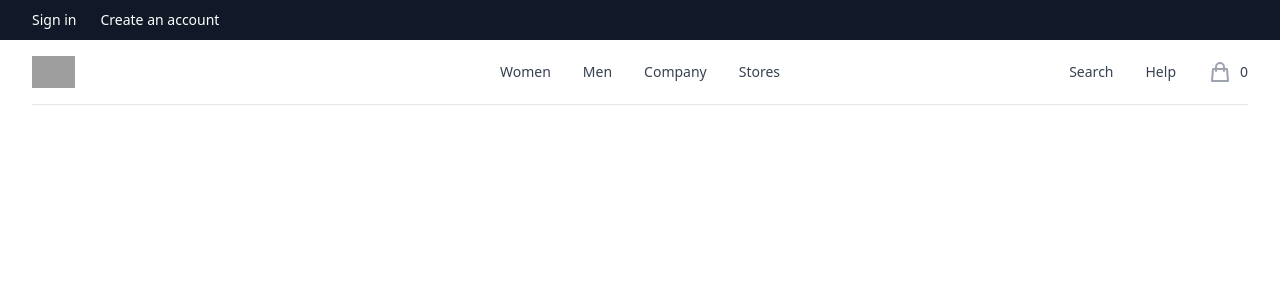
Repository: thasquirrie/animal-farm
Page: /
The author's editor kept a copy of each file at every save. The page is drawn from the files as they stood at one save, then again after the next save.
The browser window is 1280 px wide. The pictures show the whole page.
Pictures or frames that could not be fetched are drawn as grey boxes. The project was rebuilt for these pictures with package versions that can differ from the ones it lists, and the page was loaded fresh each time. The framework's server and built-in components were replaced by stand-ins that run in the browser. Also part of the build but not shown: next.config.js, styles/Home.module.css.

Above is the page before, as saved 2021-10-01 01:20:19.

### pages/_app.js
import '../styles/globals.css';

function MyApp({ Component, pageProps }) {
  console.log({ Component, pageProps });
  return <Component {...pageProps} />;
}

export default MyApp;

### pages/index.js
import Head from 'next/head';
import Image from 'next/image';
import styles from '../styles/Home.module.css';
import Header from '../components/Header';

export default function Home() {
  return <Header />;
}

### components/Header.jsx
/*
  This example requires Tailwind CSS v2.0+

  This example requires some changes to your config:

  ```
  // tailwind.config.js
  module.exports = {
    // ...
    plugins: [
      // ...
      require('@tailwindcss/forms'),
      require('@tailwindcss/aspect-ratio'),
    ],
  }
  ```
*/
import { Fragment, useState } from 'react';
import { Dialog, Popover, Tab, Transition } from '@headlessui/react';
import {
  MenuIcon,
  QuestionMarkCircleIcon,
  SearchIcon,
  ShoppingBagIcon,
  XIcon,
} from '@heroicons/react/outline';
import Image from 'next/image';

const currencies = ['CAD', 'USD', 'AUD', 'EUR', 'GBP'];
const navigation = {
  categories: [
    {
      name: 'Women',
      featured: [
        {
          name: 'New Arrivals',
          href: '#',
          imageSrc:
            'https://tailwindui.com/img/ecommerce-images/mega-menu-category-01.jpg',
          imageAlt:
            'Models sitting back to back, wearing Basic Tee in black and bone.',
        },
        {
          name: 'Basic Tees',
          href: '#',
          imageSrc:
            'https://tailwindui.com/img/ecommerce-images/mega-menu-category-02.jpg',
          imageAlt:
            'Close up of Basic Tee fall bundle with off-white, ochre, olive, and black tees.',
        },
        {
          name: 'Accessories',
          href: '#',
          imageSrc:
            'https://tailwindui.com/img/ecommerce-images/mega-menu-category-03.jpg',
          imageAlt:
            'Model wearing minimalist watch with black wristband and white watch face.',
        },
        {
          name: 'Carry',
          href: '#',
          imageSrc:
            'https://tailwindui.com/img/ecommerce-images/mega-menu-category-04.jpg',
          imageAlt:
            'Model opening tan leather long wallet with credit card pockets and cash pouch.',
        },
      ],
    },
    {
      name: 'Men',
      featured: [
        {
          name: 'New Arrivals',
          href: '#',
          imageSrc:
            'https://tailwindui.com/img/ecommerce-images/mega-menu-01-men-category-01.jpg',
          imageAlt:
            'Hats and sweaters on wood shelves next to various colors of t-shirts on hangers.',
        },
        {
          name: 'Basic Tees',
          href: '#',
          imageSrc:
            'https://tailwindui.com/img/ecommerce-images/mega-menu-01-men-category-02.jpg',
          imageAlt: 'Model wearing light heather gray t-shirt.',
        },
        {
          name: 'Accessories',
          href: '#',
          imageSrc:
            'https://tailwindui.com/img/ecommerce-images/mega-menu-01-men-category-03.jpg',
          imageAlt:
            'Grey 6-panel baseball hat with black brim, black mountain graphic on front, and light heather gray body.',
        },
        {
          name: 'Carry',
          href: '#',
          imageSrc:
            'https://tailwindui.com/img/ecommerce-images/mega-menu-01-men-category-04.jpg',
          imageAlt:
            'Model putting folded cash into slim card holder olive leather wallet with hand stitching.',
        },
      ],
    },
  ],
  pages: [
    { name: 'Company', href: '#' },
    { name: 'Stores', href: '#' },
  ],
};

function classNames(...classes) {
  return classes.filter(Boolean).join(' ');
}

export default function Example() {
  const [open, setOpen] = useState(false);

  return (
    <div className='bg-white'>
      {/* Mobile menu */}
      <Transition.Root show={open} as={Fragment}>
        <Dialog
          as='div'
          className='fixed inset-0 flex z-40 lg:hidden'
          onClose={setOpen}
        >
          <Transition.Child
            as={Fragment}
            enter='transition-opacity ease-linear duration-300'
            enterFrom='opacity-0'
            enterTo='opacity-100'
            leave='transition-opacity ease-linear duration-300'
            leaveFrom='opacity-100'
            leaveTo='opacity-0'
          >
            <Dialog.Overlay className='fixed inset-0 bg-black bg-opacity-25' />
          </Transition.Child>

          <Transition.Child
            as={Fragment}
            enter='transition ease-in-out duration-300 transform'
            enterFrom='-translate-x-full'
            enterTo='translate-x-0'
            leave='transition ease-in-out duration-300 transform'
            leaveFrom='translate-x-0'
            leaveTo='-translate-x-full'
          >
            <div className='relative max-w-xs w-full bg-white shadow-xl pb-12 flex flex-col overflow-y-auto'>
              <div className='px-4 pt-5 pb-2 flex'>
                <button
                  type='button'
                  className='-m-2 p-2 rounded-md inline-flex items-center justify-center text-gray-400'
                  onClick={() => setOpen(false)}
                >
                  <span className='sr-only'>Close menu</span>
                  <XIcon className='h-6 w-6' aria-hidden='true' />
                </button>
              </div>

              {/* Links */}
              <Tab.Group as='div' className='mt-2'>
                <div className='border-b border-gray-200'>
                  <Tab.List className='-mb-px flex px-4 space-x-8'>
                    {navigation.categories.map((category) => (
                      <Tab
                        key={category.name}
                        className={({ selected }) =>
                          classNames(
                            selected
                              ? 'text-indigo-600 border-indigo-600'
                              : 'text-gray-900 border-transparent',
                            'flex-1 whitespace-nowrap py-4 px-1 border-b-2 text-base font-medium'
                          )
                        }
                      >
                        {category.name}
                      </Tab>
                    ))}
                  </Tab.List>
                </div>
                <Tab.Panels as={Fragment}>
                  {navigation.categories.map((category) => (
                    <Tab.Panel
                      key={category.name}
                      className='px-4 py-6 space-y-12'
                    >
                      <div className='grid grid-cols-2 gap-x-4 gap-y-10'>
                        {category.featured.map((item) => (
                          <div key={item.name} className='group relative'>
                            <div className='aspect-w-1 aspect-h-1 rounded-md bg-gray-100 overflow-hidden group-hover:opacity-75'>
                              <Image
                                src={item.imageSrc}
                                alt={item.imageAlt}
                                className='object-center object-cover'
                              />
                            </div>
                            <a
                              href={item.href}
                              className='mt-6 block text-sm font-medium text-gray-900'
                            >
                              <span
                                className='absolute z-10 inset-0'
                                aria-hidden='true'
                              />
                              {item.name}
                            </a>
                            <p
                              aria-hidden='true'
                              className='mt-1 text-sm text-gray-500'
                            >
                              Shop now
                            </p>
                          </div>
                        ))}
                      </div>
                    </Tab.Panel>
                  ))}
                </Tab.Panels>
              </Tab.Group>

              <div className='border-t border-gray-200 py-6 px-4 space-y-6'>
                {navigation.pages.map((page) => (
                  <div key={page.name} className='flow-root'>
                    <a
                      href={page.href}
                      className='-m-2 p-2 block font-medium text-gray-900'
                    >
                      {page.name}
                    </a>
                  </div>
                ))}
              </div>

              <div className='border-t border-gray-200 py-6 px-4 space-y-6'>
                <div className='flow-root'>
                  <a
                    href='#'
                    className='-m-2 p-2 block font-medium text-gray-900'
                  >
                    Create an account
                  </a>
                </div>
                <div className='flow-root'>
                  <a
                    href='#'
                    className='-m-2 p-2 block font-medium text-gray-900'
                  >
                    Sign in
                  </a>
                </div>
              </div>

              <div className='border-t border-gray-200 py-6 px-4 space-y-6'>
                {/* Currency selector */}
                {/* <form>
                  <div className='inline-block'>
                    <label htmlFor='mobile-currency' className='sr-only'>
                      Currency
                    </label>
                    <div className='-ml-2 group relative border-transparent rounded-md focus-within:ring-2 focus-within:ring-white'>
                      <select
                        id='mobile-currency'
                        name='currency'
                        className='bg-none border-transparent rounded-md py-0.5 pl-2 pr-5 flex items-center text-sm font-medium text-gray-700 group-hover:text-gray-800 focus:outline-none focus:ring-0 focus:border-transparent'
                      >
                        {currencies.map((currency) => (
                          <option key={currency}>{currency}</option>
                        ))}
                      </select>
                      <div className='absolute right-0 inset-y-0 flex items-center pointer-events-none'>
                        <svg
                          aria-hidden='true'
                          xmlns='http://www.w3.org/2000/svg'
                          fill='none'
                          viewBox='0 0 20 20'
                          className='w-5 h-5 text-gray-500'
                        >
                          <path
                            stroke='currentColor'
                            strokeLinecap='round'
                            strokeLinejoin='round'
                            strokeWidth='1.5'
                            d='M6 8l4 4 4-4'
                          />
                        </svg>
                      </div>
                    </div>
                  </div>
                </form> */}
              </div>
            </div>
          </Transition.Child>
        </Dialog>
      </Transition.Root>

      <header className='relative'>
        <nav aria-label='Top'>
          {/* Top navigation */}
          <div className='bg-gray-900'>
            <div className='max-w-7xl mx-auto h-10 px-4 flex items-center justify-between sm:px-6 lg:px-8'>
              {/* Currency selector */}
              {/* <form>
                <div>
                  <label htmlFor='desktop-currency' className='sr-only'>
                    Currency
                  </label>
                  <div className='-ml-2 group relative bg-gray-900 border-transparent rounded-md focus-within:ring-2 focus-within:ring-white'>
                    <select
                      id='desktop-currency'
                      name='currency'
                      className='bg-none bg-gray-900 border-transparent rounded-md py-0.5 pl-2 pr-5 flex items-center text-sm font-medium text-white group-hover:text-gray-100 focus:outline-none focus:ring-0 focus:border-transparent'
                    >
                      {currencies.map((currency) => (
                        <option key={currency}>{currency}</option>
                      ))}
                    </select>
                    <div className='absolute right-0 inset-y-0 flex items-center pointer-events-none'>
                      <svg
                        aria-hidden='true'
                        xmlns='http://www.w3.org/2000/svg'
                        fill='none'
                        viewBox='0 0 20 20'
                        className='w-5 h-5 text-gray-300'
                      >
                        <path
                          stroke='currentColor'
                          strokeLinecap='round'
                          strokeLinejoin='round'
                          strokeWidth='1.5'
                          d='M6 8l4 4 4-4'
                        />
                      </svg>
                    </div>
                  </div>
                </div>
              </form> */}

              <div className='flex items-center space-x-6'>
                <a
                  href='#'
                  className='text-sm font-medium text-white hover:text-gray-100'
                >
                  Sign in
                </a>
                <a
                  href='#'
                  className='text-sm font-medium text-white hover:text-gray-100'
                >
                  Create an account
                </a>
              </div>
            </div>
          </div>

          {/* Secondary navigation */}
          <div className='bg-white'>
            <div className='max-w-7xl mx-auto px-4 sm:px-6 lg:px-8'>
              <div className='border-b border-gray-200'>
                <div className='h-16 flex items-center justify-between'>
                  {/* Logo (lg+) */}
                  <div className='hidden lg:flex-1 lg:flex lg:items-center'>
                    <a href='#'>
                      <span className='sr-only'>Workflow</span>
                      <img
                        className='h-8 w-auto'
                        src='https://tailwindui.com/img/logos/workflow-mark.svg?color=indigo&shade=600'
                        alt=''
                      />
                    </a>
                  </div>

                  <div className='hidden h-full lg:flex'>
                    {/* Flyout menus */}
                    <Popover.Group className='px-4 bottom-0 inset-x-0'>
                      <div className='h-full flex justify-center space-x-8'>
                        {navigation.categories.map((category) => (
                          <Popover key={category.name} className='flex'>
                            {({ open }) => (
                              <>
                                <div className='relative flex'>
                                  <Popover.Button
                                    className={classNames(
                                      open
                                        ? 'border-indigo-600 text-indigo-600'
                                        : 'border-transparent text-gray-700 hover:text-gray-800',
                                      'relative z-10 flex items-center transition-colors ease-out duration-200 text-sm font-medium border-b-2 -mb-px pt-px'
                                    )}
                                  >
                                    {category.name}
                                  </Popover.Button>
                                </div>

                                <Transition
                                  as={Fragment}
                                  enter='transition ease-out duration-200'
                                  enterFrom='opacity-0'
                                  enterTo='opacity-100'
                                  leave='transition ease-in duration-150'
                                  leaveFrom='opacity-100'
                                  leaveTo='opacity-0'
                                >
                                  <Popover.Panel className='absolute top-full inset-x-0 text-sm text-gray-500'>
                                    {/* Presentational element used to render the bottom shadow, if we put the shadow on the actual panel it pokes out the top, so we use this shorter element to hide the top of the shadow */}
                                    <div
                                      className='absolute inset-0 top-1/2 bg-white shadow'
                                      aria-hidden='true'
                                    />

                                    <div className='relative bg-white'>
                                      <div className='max-w-7xl mx-auto px-8'>
                                        <div className='grid grid-cols-4 gap-y-10 gap-x-8 py-16'>
                                          {category.featured.map((item) => (
                                            <div
                                              key={item.name}
                                              className='group relative'
                                            >
                                              <div className='aspect-w-1 aspect-h-1 rounded-md bg-gray-100 overflow-hidden group-hover:opacity-75'>
                                                <img
                                                  src={item.imageSrc}
                                                  alt={item.imageAlt}
                                                  className='object-center object-cover'
                                                />
                                              </div>
                                              <a
                                                href={item.href}
                                                className='mt-4 block font-medium text-gray-900'
                                              >
                                                <span
                                                  className='absolute z-10 inset-0'
                                                  aria-hidden='true'
                                                />
                                                {item.name}
                                              </a>
                                              <p
                                                aria-hidden='true'
                                                className='mt-1'
                                              >
                                                Shop now
                                              </p>
                                            </div>
                                          ))}
                                        </div>
                                      </div>
                                    </div>
                                  </Popover.Panel>
                                </Transition>
                              </>
                            )}
                          </Popover>
                        ))}

                        {navigation.pages.map((page) => (
                          <a
                            key={page.name}
                            href={page.href}
                            className='flex items-center text-sm font-medium text-gray-700 hover:text-gray-800'
                          >
                            {page.name}
                          </a>
                        ))}
                      </div>
                    </Popover.Group>
                  </div>

                  {/* Mobile menu and search (lg-) */}
                  <div className='flex-1 flex items-center lg:hidden'>
                    <button
                      type='button'
                      className='-ml-2 bg-white p-2 rounded-md text-gray-400'
                      onClick={() => setOpen(true)}
                    >
                      <span className='sr-only'>Open menu</span>
                      <MenuIcon className='h-6 w-6' aria-hidden='true' />
                    </button>

                    {/* Search */}
                    <a
                      href='#'
                      className='ml-2 p-2 text-gray-400 hover:text-gray-500'
                    >
                      <span className='sr-only'>Search</span>
                      <SearchIcon className='w-6 h-6' aria-hidden='true' />
                    </a>
                  </div>

                  {/* Logo (lg-) */}
                  <a href='#' className='lg:hidden'>
                    <span className='sr-only'>Workflow</span>
                    <img
                      src='https://tailwindui.com/img/logos/workflow-mark.svg?color=indigo&shade=600'
                      alt=''
                      className='h-8 w-auto'
                    />
                  </a>

                  <div className='flex-1 flex items-center justify-end'>
                    <a
                      href='#'
                      className='hidden text-sm font-medium text-gray-700 hover:text-gray-800 lg:block'
                    >
                      Search
                    </a>

                    <div className='flex items-center lg:ml-8'>
                      {/* Help */}
                      <a
                        href='#'
                        className='p-2 text-gray-400 hover:text-gray-500 lg:hidden'
                      >
                        <span className='sr-only'>Help</span>
                        <QuestionMarkCircleIcon
                          className='w-6 h-6'
                          aria-hidden='true'
                        />
                      </a>
                      <a
                        href='#'
                        className='hidden text-sm font-medium text-gray-700 hover:text-gray-800 lg:block'
                      >
                        Help
                      </a>

                      {/* Cart */}
                      <div className='ml-4 flow-root lg:ml-8'>
                        <a
                          href='#'
                          className='group -m-2 p-2 flex items-center'
                        >
                          <ShoppingBagIcon
                            className='flex-shrink-0 h-6 w-6 text-gray-400 group-hover:text-gray-500'
                            aria-hidden='true'
                          />
                          <span className='ml-2 text-sm font-medium text-gray-700 group-hover:text-gray-800'>
                            0
                          </span>
                          <span className='sr-only'>
                            items in cart, view bag
                          </span>
                        </a>
                      </div>
                    </div>
                  </div>
                </div>
              </div>
            </div>
          </div>
        </nav>
      </header>
    </div>
  );
}

Loaded but not shown: styles/globals.css (common file); tailwind.config.js (common file)

After the next save:
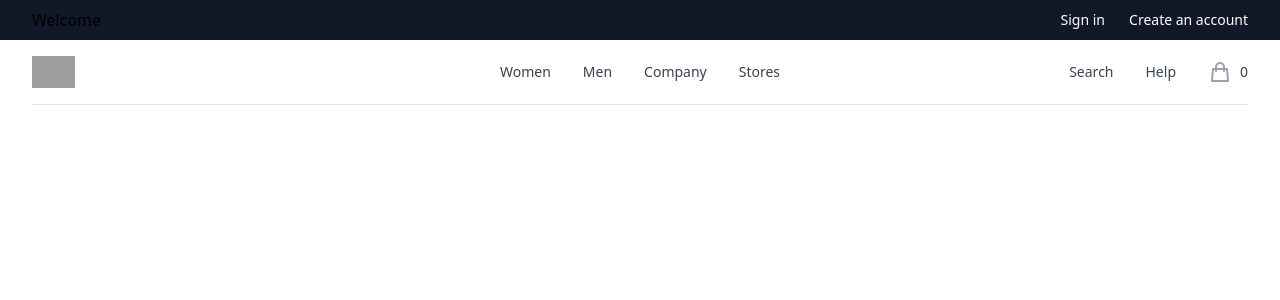
Saved 60 s later.
--- a/components/Header.jsx
+++ b/components/Header.jsx
@@ -300,6 +300,7 @@ export default function Example() {
           <div className='bg-gray-900'>
             <div className='max-w-7xl mx-auto h-10 px-4 flex items-center justify-between sm:px-6 lg:px-8'>
               {/* Currency selector */}
+              <div>Welcome</div>
               {/* <form>
                 <div>
                   <label htmlFor='desktop-currency' className='sr-only'>
